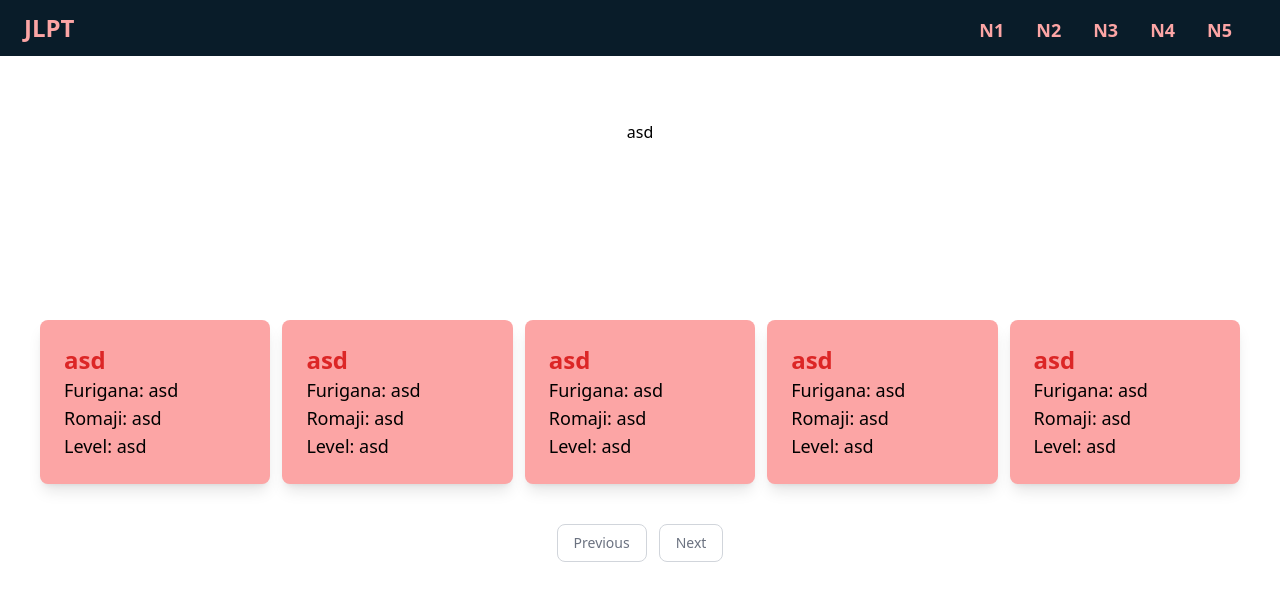
Repository: Penglee25/JLPT-vocabulary
Page: /n1
The author's editor kept a copy of each file at every save. The page is drawn from the files as they stood at one save, then again after a run of saves.
The browser window is 1280 px wide. The pictures show the whole page.
The project was rebuilt for these pictures with package versions that can differ from the ones it lists, and the page was loaded fresh each time. The framework's server and built-in components were replaced by stand-ins that run in the browser. Also part of the build but not shown: next.config.js, src/styles/main.css.

Above is the page before, as saved 2023-03-17 13:41:45.

### src/pages/_app.tsx
import type { AppProps } from 'next/app';
import React from 'react';
import Head from '../components/head';

import '../styles/global.css';
import '../styles/main.css';

function MyApp({ Component, pageProps }: AppProps) {
  return (
    <React.Fragment>
      <Head />
      <Component {...pageProps} />
    </React.Fragment>
  )
}

export default MyApp;

### src/pages/n1.tsx
import Navbar from "../components/navbar";

export default function n1() {

    return (
        <div>
            <Navbar />
            <div className="container p-10">

                <div className="text-center mt-20">
                    <h1>asd</h1>
                </div>


                <div className=" mt-44 grid md:grid-cols-5 gap-3 grid-cols-3">
                    <div key={0} className="block rounded-lg bg-red-300 p-6 shadow-lg dark:bg-neutral-700">
                        <span className='text-2xl font-bold text-red-600'>asd</span>
                        <p className='my-0 text-lg'>Furigana: asd</p>
                        <p className='my-0 text-lg'>Romaji: asd</p>
                        <p className='my-0 text-lg'>Level: asd</p>
                    </div>
                    <div key={0} className="block rounded-lg bg-red-300 p-6 shadow-lg dark:bg-neutral-700">
                        <span className='text-2xl font-bold text-red-600'>asd</span>
                        <p className='my-0 text-lg'>Furigana: asd</p>
                        <p className='my-0 text-lg'>Romaji: asd</p>
                        <p className='my-0 text-lg'>Level: asd</p>
                    </div>
                    <div key={0} className="block rounded-lg bg-red-300 p-6 shadow-lg dark:bg-neutral-700">
                        <span className='text-2xl font-bold text-red-600'>asd</span>
                        <p className='my-0 text-lg'>Furigana: asd</p>
                        <p className='my-0 text-lg'>Romaji: asd</p>
                        <p className='my-0 text-lg'>Level: asd</p>
                    </div>
                    <div key={0} className="block rounded-lg bg-red-300 p-6 shadow-lg dark:bg-neutral-700">
                        <span className='text-2xl font-bold text-red-600'>asd</span>
                        <p className='my-0 text-lg'>Furigana: asd</p>
                        <p className='my-0 text-lg'>Romaji: asd</p>
                        <p className='my-0 text-lg'>Level: asd</p>
                    </div>
                    <div key={0} className="block rounded-lg bg-red-300 p-6 shadow-lg dark:bg-neutral-700">
                        <span className='text-2xl font-bold text-red-600'>asd</span>
                        <p className='my-0 text-lg'>Furigana: asd</p>
                        <p className='my-0 text-lg'>Romaji: asd</p>
                        <p className='my-0 text-lg'>Level: asd</p>
                    </div>
                </div>
                <div className="pagination text-center mt-10">
                    <a href="#" className="inline-flex items-center px-4 py-2 text-sm font-medium text-gray-500 bg-white border border-gray-300 rounded-lg hover:bg-gray-100 hover:text-gray-700 dark:bg-gray-800 dark:border-gray-700 dark:text-gray-400 dark:hover:bg-gray-700 dark:hover:text-white">
                        Previous
                    </a>

                    <a href="#" className="inline-flex items-center px-4 py-2 ml-3 text-sm font-medium text-gray-500 bg-white border border-gray-300 rounded-lg hover:bg-gray-100 hover:text-gray-700 dark:bg-gray-800 dark:border-gray-700 dark:text-gray-400 dark:hover:bg-gray-700 dark:hover:text-white">
                        Next
                    </a>
                </div>
            </div>
        </div>
    )
}

### src/components/head.tsx
import NextHead from 'next/head';

const title = 'JLPT Vocabulary API';
const desc = 'A RESTful / GraphQL API for JPLT vocabulary from N5 to N1';
const url = 'https://jlpt-keiz.vercel.app';

export default function Head() {
  return (
    <NextHead>
      <title>{title}</title>
      <meta name="description" content={desc} />
      <link rel="shortcut icon" type="image/x-icon" href="/icon-r.png" />

      <meta property="og:type" content="website" />
      <meta property="og:title" content={title} />
      <meta property="og:description" content={desc} />
      <meta property="og:url" content={url} />
      <meta property="og:image" content={`${url}/icon-s.png`} />

      <meta name="twitter:card" content="summary" />
    </NextHead>
  );
}

### src/styles/global.css
@tailwind base;
@tailwind components;
@tailwind utilities;

html {
  @apply antialiased;
}

.levels{
  color: #a2a2a2;
  font-weight: 600;
  transition: .3s;
  cursor: pointer;
}

.levels::after{
  content: '\261B';
  margin-left: 5px;
  position: absolute;
}

.levels:hover{
  color: black;
  text-decoration: underline;
}

### src/components/navbar.tsx
import Link from 'next/link'
import { useState } from 'react'

import { navLinks } from '../utils/data'

export default function Navbar() {
    const [isOpen, setIsOpen] = useState(false)
    const animate = useState(true)


    const NavMobile = ({ onClick }: any) => {
        // const animate = useStartAnimation()

        // return (
        //     <div className={`md:hidden flex flex-col text-white font-dosis w-11/12 mx-auto pl-2 pb-5 ${animate? '': 'translate-x-60 -translate-y-7 opacity-0'} transform transition duration-1000`}>

        //     </div>
        // )
    }

    return (
        <div style={{ backgroundColor: '#091c29' }} className='fixed top-0 w-full z-20 px-6'>
            <div className="w-full mx-auto py-3 flex items-center justify-between text-red-300 font-dosis transform transition duration-2500 text-2xl font-bold cursor-pointer">
                <Link href={navLinks[0].path}>
                <h3> JLPT </h3>
                </Link>
                <div className={`hidden md:block ${animate ? '' : 'translate-x-20 opacity-0'} transform transition duration-2500`}>
                    {
                        navLinks.map((nav: any, i) => (
                            <Link key={i} href={nav.path}>
                                <span className='font-bold text-lg mr-4 px-2 cursor-pointer border-b-2 border-transparent hover:border-white anim'>{nav.name}</span>
                            </Link>
                        ))
                    }
                </div>

                <div className='md:hidden -mr-1 flex'>
                </div>
            </div>


        </div>
    )
}

### src/utils/data.ts
export const navLinks = [
    { name: "",
     path: "/"
    },
    {
      name: "N1",
      path: "/n1",
    },
    {
      name: "N2",
      path: "/N2",
    },
    {
      name: "N3",
      path: "/N3",
    },
    {
      name: "N4",
      path: "/N4",
    },
    {
      name: "N5",
      path: "/N5",
    },
  ];

### tailwind.config.js
module.exports = {
	content: ["./src/**/*.tsx"],
	theme: {
		extend: {
			animation: {
				none: "none",
				spin: "spin 1s linear infinite",
				ping: "ping 1s cubic-bezier(0, 0, 0.2, 1) infinite",
				pulse: "pulse 2s cubic-bezier(0.4, 0, 0.6, 1) infinite",
				pulse1s: "pulse1s 1s cubic-bezier(0.4, 0, 0.6, 1) infinite",
				bounce: "bounce 1s infinite",
				newbounce: "newbounce 1s infinite",
				rebounce: "rebounce 1s infinite",
				float: "float 3s infinite",
				refloat: "refloat 3s infinite",
			},
			fontSize: {
				xs: ["0.75rem", { lineHeight: "1rem" }],
				sm: ["0.875rem", { lineHeight: "1.25rem" }],
				base: ["1rem", { lineHeight: "1.5rem" }],
				lg: ["1.125rem", { lineHeight: "1.75rem" }],
				xl: ["1.25rem", { lineHeight: "1.75rem" }],
				"2xl": ["1.5rem", { lineHeight: "2rem" }],
				"3xl": ["1.875rem", { lineHeight: "2.25rem" }],
				"4xl": ["2.25rem", { lineHeight: "2.5rem" }],
				"5xl": ["3rem", { lineHeight: "1" }],
				"6xl": ["3.75rem", { lineHeight: "1" }],
				"7xl": ["4.5rem", { lineHeight: "1" }],
				"8xl": ["6rem", { lineHeight: "1" }],
				"9xl": ["8rem", { lineHeight: "1" }],
			},
		},
	},
	plugins: [require("@tailwindcss/typography")],
};

After the next 2 saves:
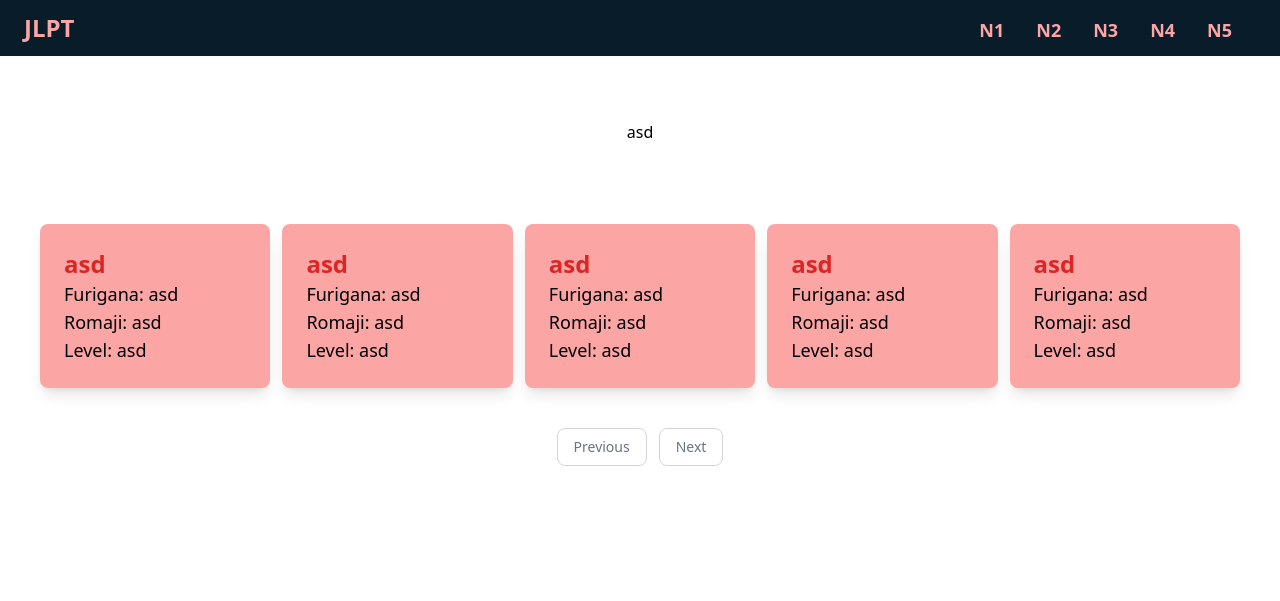
The 2 saves are shown as one change because they came seconds apart.
The last was saved 11 s later.
--- a/src/pages/n1.tsx
+++ b/src/pages/n1.tsx
@@ -12,7 +12,7 @@ export default function n1() {
                 </div>
 
 
-                <div className=" mt-44 grid md:grid-cols-5 gap-3 grid-cols-3">
+                <div className=" mt-20 grid md:grid-cols-5 gap-3 grid-cols-3">
                     <div key={0} className="block rounded-lg bg-red-300 p-6 shadow-lg dark:bg-neutral-700">
                         <span className='text-2xl font-bold text-red-600'>asd</span>
                         <p className='my-0 text-lg'>Furigana: asd</p>

After the save that followed:
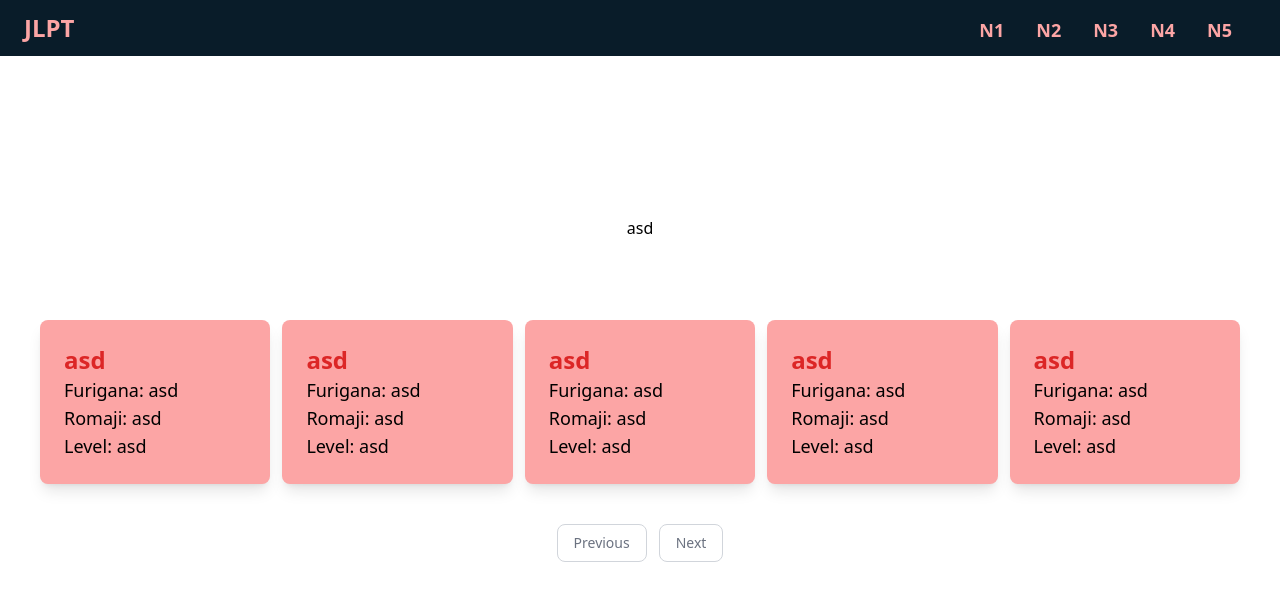
Saved 5 s later.
--- a/src/pages/n1.tsx
+++ b/src/pages/n1.tsx
@@ -7,7 +7,7 @@ export default function n1() {
             <Navbar />
             <div className="container p-10">
 
-                <div className="text-center mt-20">
+                <div className="text-center mt-44">
                     <h1>asd</h1>
                 </div>
 
